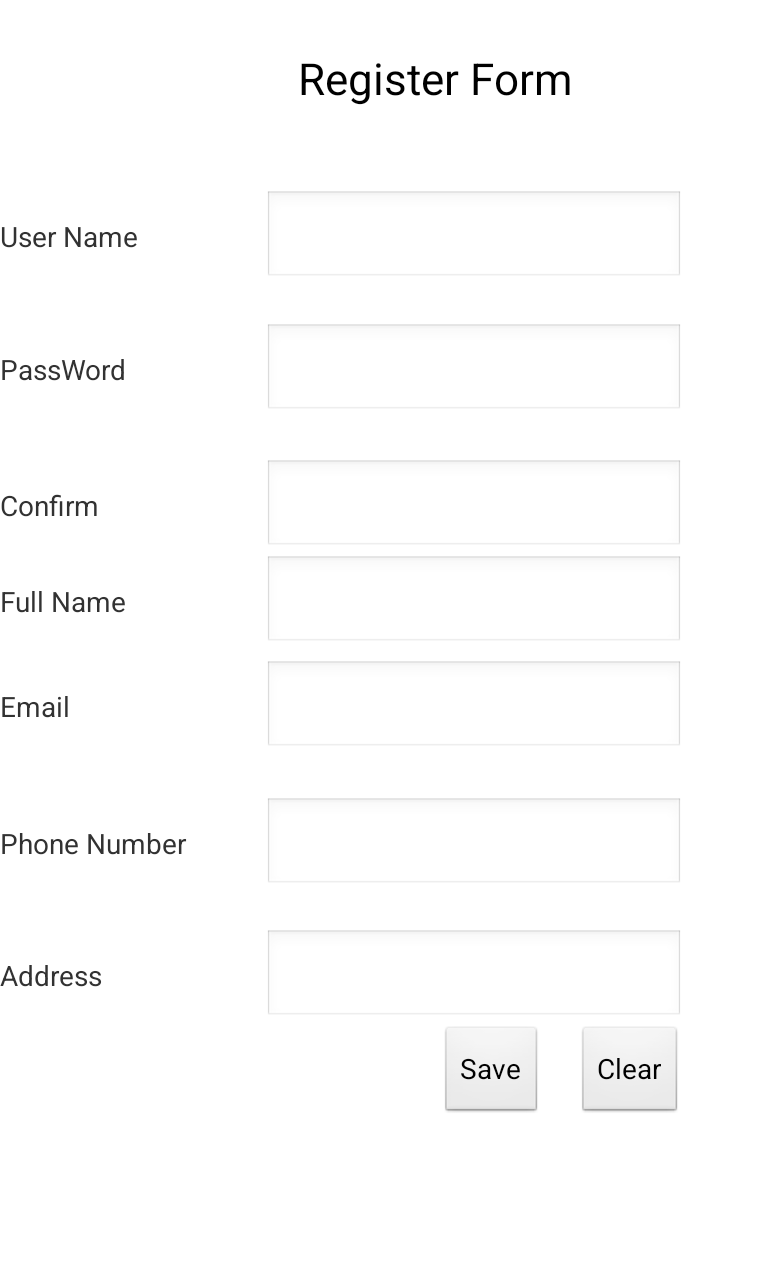
Repository: VanThi/Smart_Order
Layout: Project OS/Project_SO/res/layout/activity_register.xml
An editor plug-in stored every save of this project. The layout is shown before and after the next save, followed by the edit.
It is drawn on a 768 x 1280 px phone screen (xhdpi) without system bars, with theme android:Theme.Light.NoTitleBar.Fullscreen; the app's code is not run.

Above is the layout before, as saved 2013-11-09 01:28:28.

### Project OS/Project_SO/res/layout/activity_register.xml
<?xml version="1.0" encoding="utf-8"?>
<RelativeLayout xmlns:android="http://schemas.android.com/apk/res/android"
    android:layout_width="match_parent"
    android:layout_height="match_parent"
    android:orientation="vertical" >

    <EditText
        android:id="@+id/et_userName"
        android:layout_width="wrap_content"
        android:layout_height="wrap_content"
        android:layout_alignBaseline="@+id/tv_userName"
        android:layout_alignBottom="@+id/tv_userName"
        android:layout_toRightOf="@+id/tv_phoneNumber"
        android:ems="10"
        android:inputType="text" />

    <TextView
        android:id="@+id/tv_email"
        android:layout_width="wrap_content"
        android:layout_height="wrap_content"
        android:layout_alignParentLeft="true"
        android:layout_below="@+id/et_fullname"
        android:layout_marginTop="18dp"
        android:ems="8"
        android:text="@string/email" />

    <EditText
        android:id="@+id/et_email"
        android:layout_width="wrap_content"
        android:layout_height="wrap_content"
        android:layout_alignBaseline="@+id/tv_email"
        android:layout_alignBottom="@+id/tv_email"
        android:layout_alignLeft="@+id/et_fullname"
        android:ems="10"
        android:inputType="textEmailAddress" />

    <Button
        android:id="@+id/clear"
        android:layout_width="wrap_content"
        android:layout_height="wrap_content"
        android:layout_alignBottom="@+id/save"
        android:layout_alignRight="@+id/et_email"
        android:text="@string/clear" />

    <EditText
        android:id="@+id/et_fullname"
        android:layout_width="wrap_content"
        android:layout_height="wrap_content"
        android:layout_alignLeft="@+id/et_comfrim"
        android:layout_below="@+id/et_comfrim"
        android:ems="10"
        android:inputType="text" />

    <TextView
        android:id="@+id/tv_userName"
        android:layout_width="wrap_content"
        android:layout_height="wrap_content"
        android:layout_alignLeft="@+id/tv_fullName"
        android:layout_below="@+id/registerForm"
        android:layout_marginTop="55dp"
        android:ems="8"
        android:text="@string/userName" />

    <TextView
        android:id="@+id/tv_pass"
        android:layout_width="wrap_content"
        android:layout_height="wrap_content"
        android:layout_alignParentLeft="true"
        android:layout_below="@+id/et_userName"
        android:layout_marginTop="32dp"
        android:ems="8"
        android:text="@string/password" />

    <EditText
        android:id="@+id/et_password"
        android:layout_width="wrap_content"
        android:layout_height="wrap_content"
        android:layout_alignBaseline="@+id/tv_pass"
        android:layout_alignBottom="@+id/tv_pass"
        android:layout_alignLeft="@+id/et_userName"
        android:ems="10"
        android:inputType="textPassword" />

    <EditText
        android:id="@+id/et_comfrim"
        android:layout_width="wrap_content"
        android:layout_height="wrap_content"
        android:layout_alignLeft="@+id/et_password"
        android:layout_below="@+id/et_password"
        android:layout_marginTop="20dp"
        android:ems="10"
        android:inputType="textPassword" />

    <TextView
        android:id="@+id/confrim"
        android:layout_width="wrap_content"
        android:layout_height="wrap_content"
        android:layout_alignBaseline="@+id/et_comfrim"
        android:layout_alignBottom="@+id/et_comfrim"
        android:layout_alignParentLeft="true"
        android:text="@string/confirm" />

    <TextView
        android:id="@+id/tv_fullName"
        android:layout_width="wrap_content"
        android:layout_height="wrap_content"
        android:layout_alignBaseline="@+id/et_fullname"
        android:layout_alignBottom="@+id/et_fullname"
        android:layout_alignParentLeft="true"
        android:ems="8"
        android:text="@string/fullName" />

    <TextView
        android:id="@+id/tv_phoneNumber"
        android:layout_width="wrap_content"
        android:layout_height="wrap_content"
        android:layout_alignParentLeft="true"
        android:layout_below="@+id/et_email"
        android:layout_marginTop="34dp"
        android:ems="8"
        android:text="@string/phoneNumber" />

    <EditText
        android:id="@+id/et_phoneNumber"
        android:layout_width="wrap_content"
        android:layout_height="wrap_content"
        android:layout_alignBaseline="@+id/tv_phoneNumber"
        android:layout_alignBottom="@+id/tv_phoneNumber"
        android:layout_toRightOf="@+id/tv_phoneNumber"
        android:inputType="phone"
        android:ems="10" />

    <EditText
        android:id="@+id/et_address"
        android:layout_width="wrap_content"
        android:layout_height="wrap_content"
        android:layout_below="@+id/et_phoneNumber"
        android:layout_marginTop="18dp"
        android:layout_toRightOf="@+id/tv_phoneNumber"
        android:inputType="text"
        android:ems="10" />

    <TextView
        android:id="@+id/tv_address"
        android:layout_width="wrap_content"
        android:layout_height="wrap_content"
        android:layout_alignBaseline="@+id/et_address"
        android:layout_alignBottom="@+id/et_address"
        android:layout_alignParentLeft="true"
        android:ems="8"
        android:text="@string/address" />

    <TextView
        android:id="@+id/registerForm"
        android:layout_width="wrap_content"
        android:layout_height="wrap_content"
        android:layout_alignParentRight="true"
        android:layout_alignParentTop="true"
        android:layout_marginRight="27dp"
        android:layout_marginTop="24dp"
        android:ems="8"
        android:text="@string/registerForm"
        android:textAppearance="?android:attr/textAppearanceLarge" />

    <Button
        android:id="@+id/save"
        android:layout_width="wrap_content"
        android:layout_height="wrap_content"
        android:layout_below="@+id/et_address"
        android:layout_marginRight="16dp"
        android:layout_toLeftOf="@+id/clear"
        android:text="@string/save" />

</RelativeLayout>

### Project OS/Project_SO/res/values/strings.xml
<?xml version="1.0" encoding="utf-8"?>
<resources>

    <string name="app_name">Smart Order</string>
    <string name="action_settings">Settings</string>
    <string name="hello_world">Hello world!</string>
    <string name="menu_item">Menu</string>
    <string name="configuration">Configuration</string>
    <string name="viewOrder">View Order</string>
    <string name="logout">Logout</string>
    <string name="exit">Exit</string>
    <string name="userName">User Name</string>
    <string name="password">PassWord</string>
    <string name="address">Address</string>
    <string name="phoneNumber">Phone Number</string>
    <string name="email">Email</string>
    <string name="confirm">Confirm</string>
    <string name="fullName">Full Name</string>
    <string name="register">Have not a account?</string>
    <string name="login">Login</string>
    <string name="developer">CyberSoft Team 1</string>
    <string name="clear">Clear</string>
    <string name="update">Update</string>
    <string name="order">Order</string>
    <string name="save">Save</string>
    <string name="registerForm">Register Form</string>
	<string name="configurationForm">Configuration Form</string>
	<string name="ok">OK</string>
	<string name="back">Back</string>
	<string name="inc">+</string>
	<string name="dec">-</string>

</resources>

After the next save:
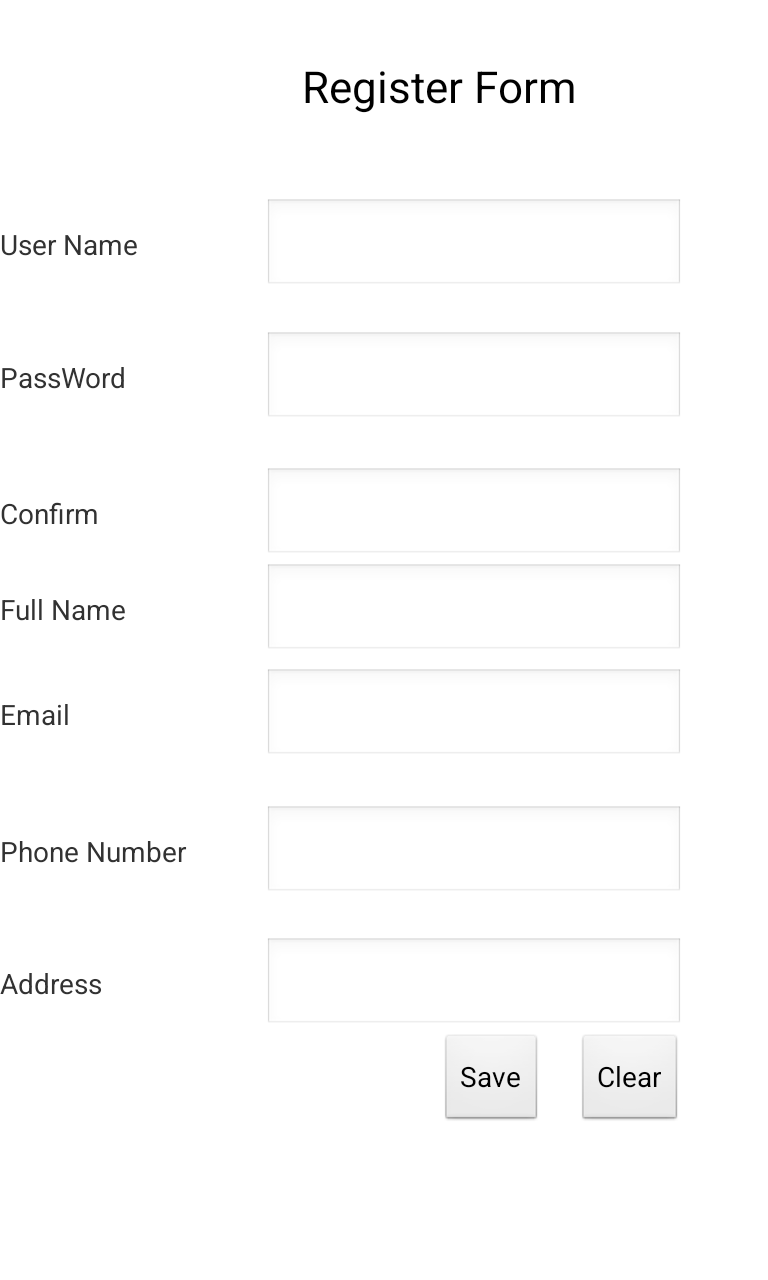
Saved 9 s later.
--- a/Project OS/Project_SO/res/layout/activity_register.xml
+++ b/Project OS/Project_SO/res/layout/activity_register.xml
@@ -150,18 +150,6 @@
         android:ems="8"
         android:text="@string/address" />
 
-    <TextView
-        android:id="@+id/registerForm"
-        android:layout_width="wrap_content"
-        android:layout_height="wrap_content"
-        android:layout_alignParentRight="true"
-        android:layout_alignParentTop="true"
-        android:layout_marginRight="27dp"
-        android:layout_marginTop="24dp"
-        android:ems="8"
-        android:text="@string/registerForm"
-        android:textAppearance="?android:attr/textAppearanceLarge" />
-
     <Button
         android:id="@+id/save"
         android:layout_width="wrap_content"
@@ -171,4 +159,16 @@
         android:layout_toLeftOf="@+id/clear"
         android:text="@string/save" />
 
+    <TextView
+        android:id="@+id/registerForm"
+        android:layout_width="wrap_content"
+        android:layout_height="wrap_content"
+        android:layout_alignParentRight="true"
+        android:layout_alignParentTop="true"
+        android:layout_marginRight="25dp"
+        android:layout_marginTop="28dp"
+        android:ems="8"
+        android:text="@string/registerForm"
+        android:textAppearance="?android:attr/textAppearanceLarge" />
+
 </RelativeLayout>
